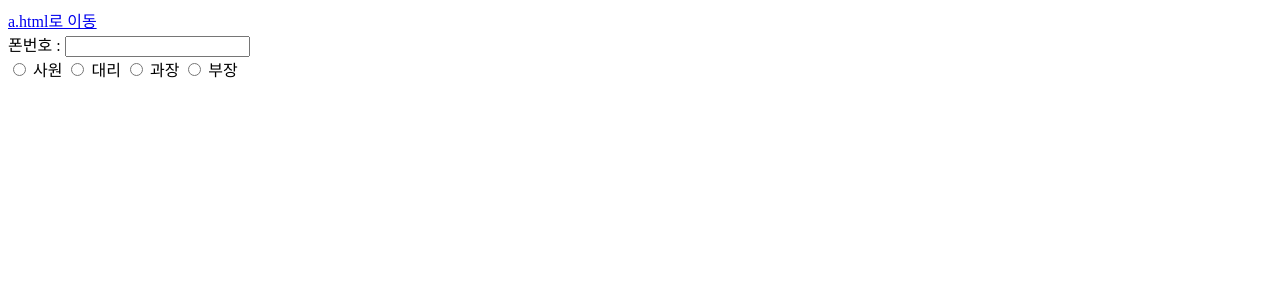
Repository: zmfhd1/Web
Page: jstest/WebContent/event2.html
An editor plug-in stored every save of this project. The page is shown before and after the next save, followed by the edit.
The browser window is 1280 px wide. The pictures show the whole page.

Above is the page before, as saved 2021-08-25 00:34:06.

### jstest/WebContent/event2.html
<!DOCTYPE html>
<html>
<head>
<meta charset="UTF-8">
<title>Insert title here</title>
</head>
<body>

<div><a href = "a.html">a.html로 이동</a></div>

<form action = "b.html">
폰번호 : <input type = text name = "phone"><br>
<input type = radio name = "title" value = "사원"> 사원
<input type = radio name = "title" value = "대리"> 대리
<input type = radio name = "title" value = "과장"> 과장
<input type = radio name = "title" value = "부장"> 부장

</form>
</body>
</html>

After the next save:
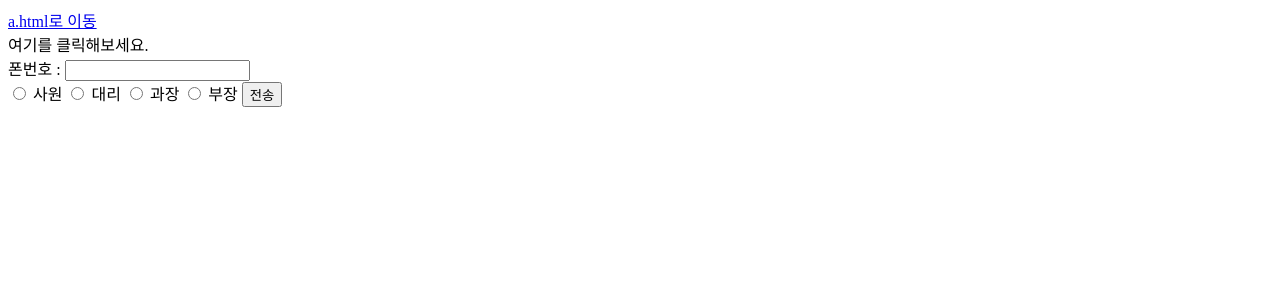
Saved 2 min 28 s later.
--- a/jstest/WebContent/event2.html
+++ b/jstest/WebContent/event2.html
@@ -7,6 +7,7 @@
 <body>
 
 <div><a href = "a.html">a.html로 이동</a></div>
+<div id = "test">여기를 클릭해보세요.</div>
 
 <form action = "b.html">
 폰번호 : <input type = text name = "phone"><br>
@@ -14,6 +15,7 @@
 <input type = radio name = "title" value = "대리"> 대리
 <input type = radio name = "title" value = "과장"> 과장
 <input type = radio name = "title" value = "부장"> 부장
+<input type = submit value = "전송">
 
 </form>
 </body>
